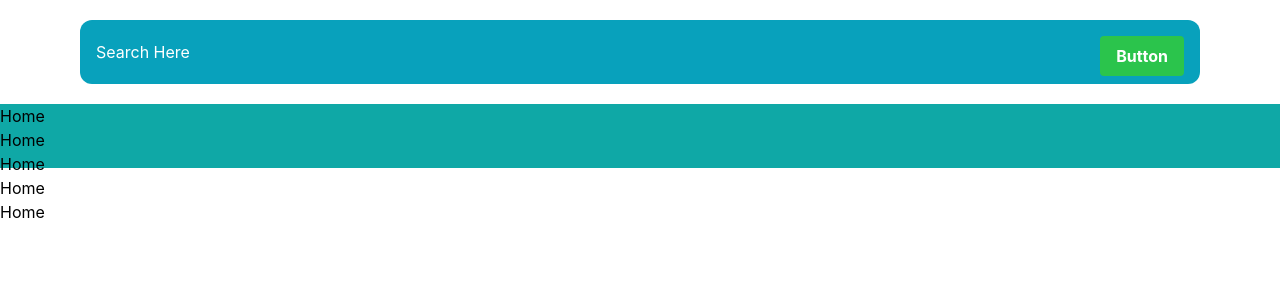
Repository: arafatmollah/pharma
Page: /
These files come from the project's save history. The page is drawn as it stood at one moment and after the next save; the edit follows.
The browser window is 1280 px wide. The pictures show the whole page.
The project was rebuilt for these pictures with package versions that can differ from the ones it lists, and the page was loaded fresh each time.

Above is the page before, as saved 2023-03-12 01:14:16.

### src/App.js

import './App.css';
import Nav from './Nav';

function App() {
  return (
    <div className="App">
      <Nav></Nav>
    </div>
  );
}

export default App;

### src/App.css
.box-border{
    background-color: #08A1BC;
}
.btn {
    @apply font-bold py-2 px-4 rounded;
    background-color: #2BC44C;
    color: white;
  }
  .btn-blue {
    @apply bg-blue-500 text-white;
  }
  .btn-blue:hover {
    @apply bg-blue-700;
  }
.nav{
    background-color: #0FA8A6;
}

### src/Nav.js
import React from 'react'
import './App.css';

function Nav() {
  return (
    <div>
        <div className='box-border h-16 w-100 p-4 mx-20 my-5 rounded-xl'>
          <div className='flex justify-between align-middle'>
                <p className='text-white mt-1'>Search Here</p>
                <button class="btn mb-1"> Button</button>
          </div>
        </div>
        <div className='box-border h-16 w-100 nav'>
            <div>Home</div>
            <div>Home</div>
            <div>Home</div>
            <div>Home</div>
            <div>Home</div>
        </div>
    </div>
  )
}

export default Nav

Loaded but not shown: public/index.html (common file); src/index.js (common file); src/index.css (common file); src/reportWebVitals.js (common file); tailwind.config.js (common file)

After the next save:
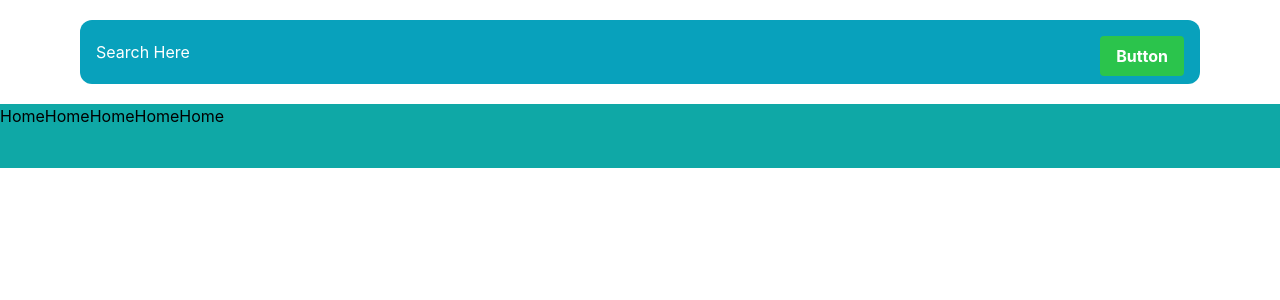
Saved 6 s later.
--- a/src/Nav.js
+++ b/src/Nav.js
@@ -10,7 +10,7 @@ function Nav() {
                 <button class="btn mb-1"> Button</button>
           </div>
         </div>
-        <div className='box-border h-16 w-100 nav'>
+        <div className='box-border h-16 w-100 nav flex'>
             <div>Home</div>
             <div>Home</div>
             <div>Home</div>

After the save that followed:
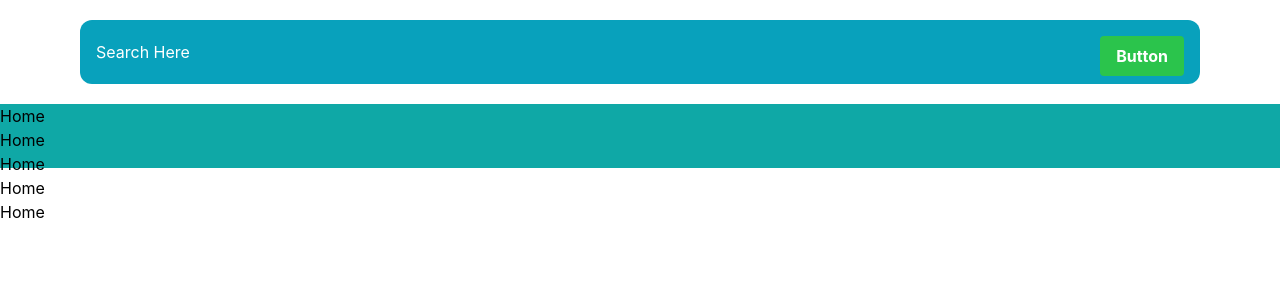
Saved 16 s later.
--- a/src/Nav.js
+++ b/src/Nav.js
@@ -10,7 +10,7 @@ function Nav() {
                 <button class="btn mb-1"> Button</button>
           </div>
         </div>
-        <div className='box-border h-16 w-100 nav flex'>
+        <div className='box-border h-16 w-100 nav'>
             <div>Home</div>
             <div>Home</div>
             <div>Home</div>
